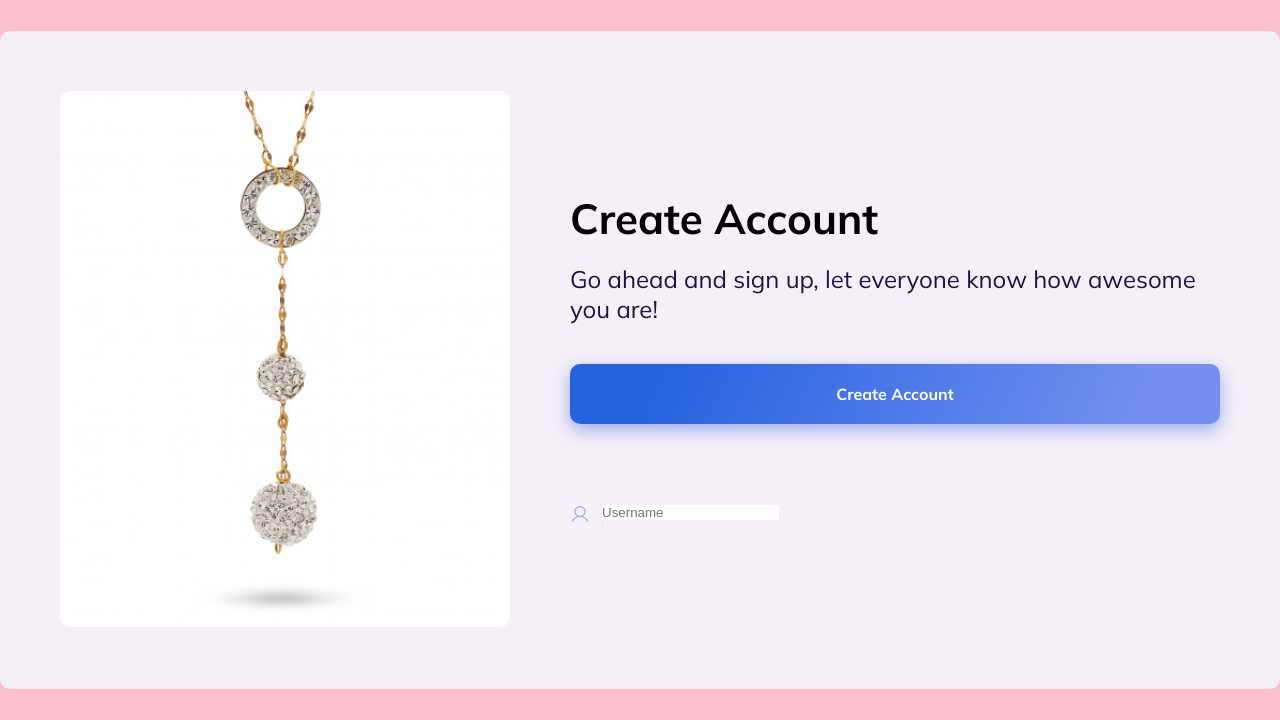
Repository: codezeloss/Valinteca-task
Page: signup.html
An editor plug-in stored every save of this project. The page is shown before and after a run of saves, followed by the edit.
The browser window is 1280 px wide. The pictures show the whole page.

Above is the page before, as saved 2022-12-09 19:41:12.

After the next 2 saves:
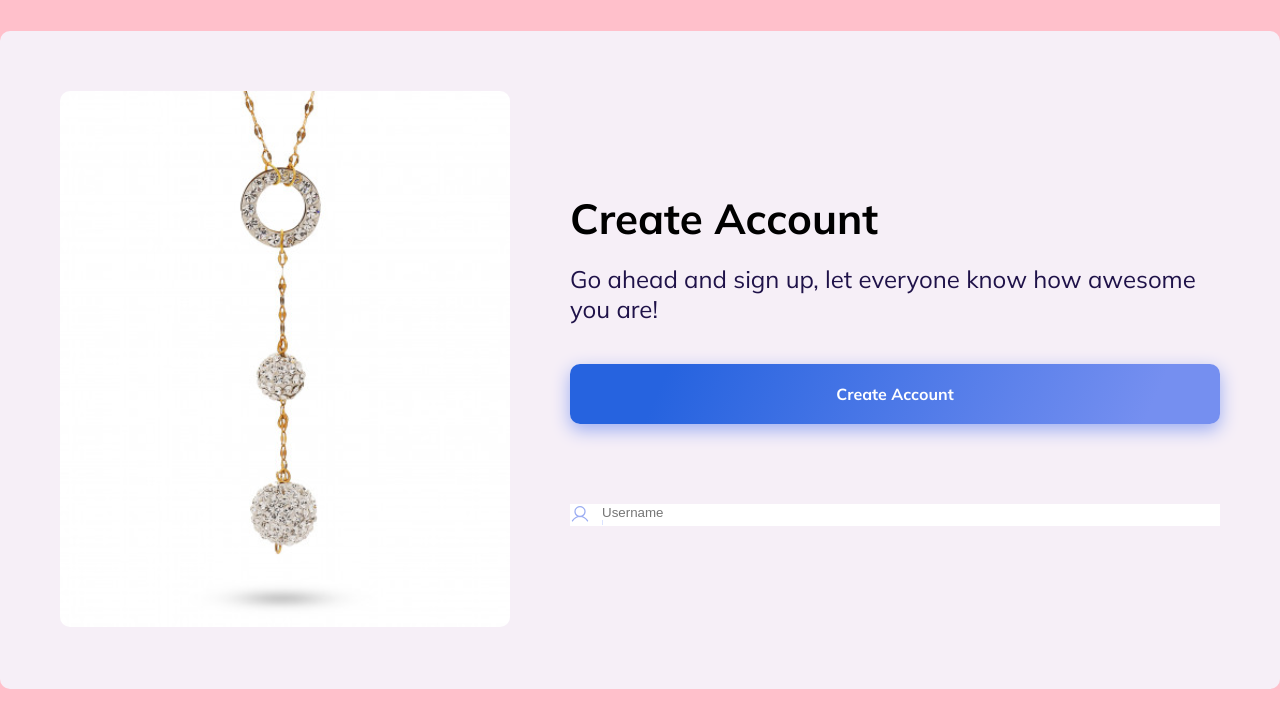
The 2 saves are shown as one change because they came seconds apart.
The last was saved 6 s later.
--- a/css/signup-page.css
+++ b/css/signup-page.css
@@ -34,7 +34,7 @@
 .form-box {
 
   margin-top: 40px;
-  background-col
+  background-color: #FFF
 }
 
 form input {

After the 2 saves that followed:
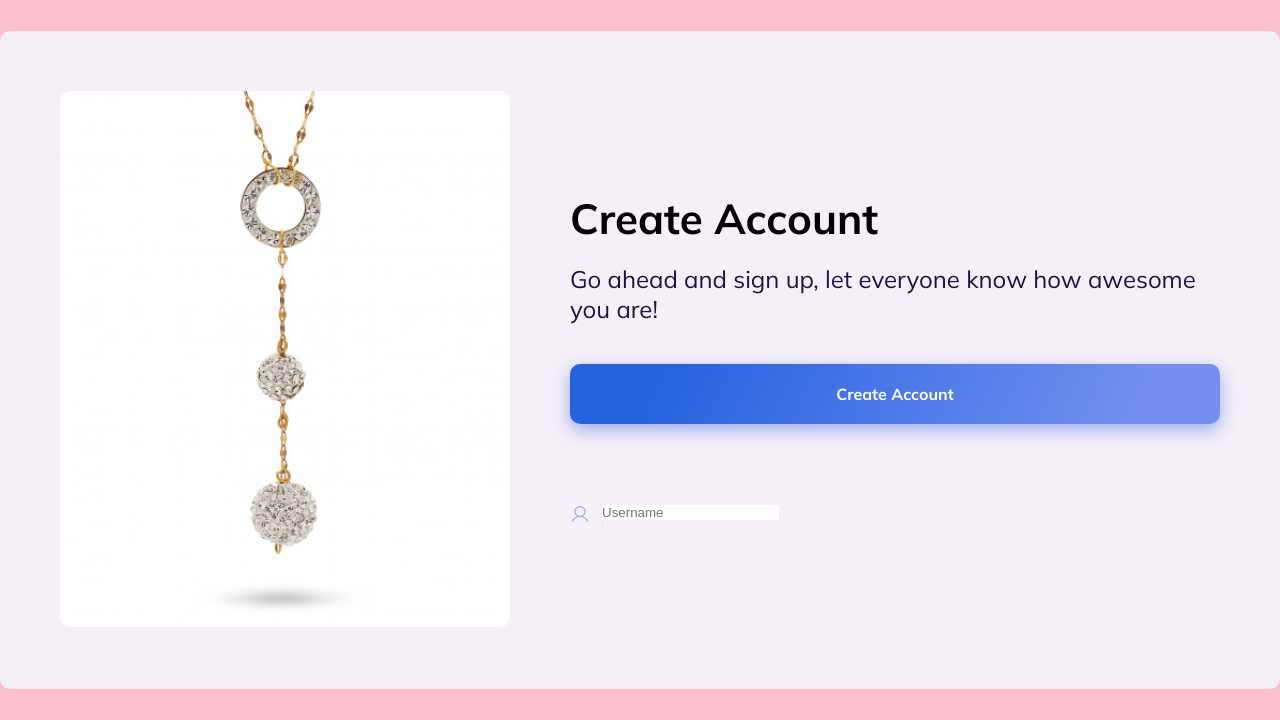
The 2 saves are shown as one change because 1 left the picture as it was.
The last was saved 9 s later.
--- a/css/signup-page.css
+++ b/css/signup-page.css
@@ -32,9 +32,8 @@
 }
 
 .form-box {
-
   margin-top: 40px;
-  background-color: #FFF
+  background-color: #FFFFF;
 }
 
 form input {
